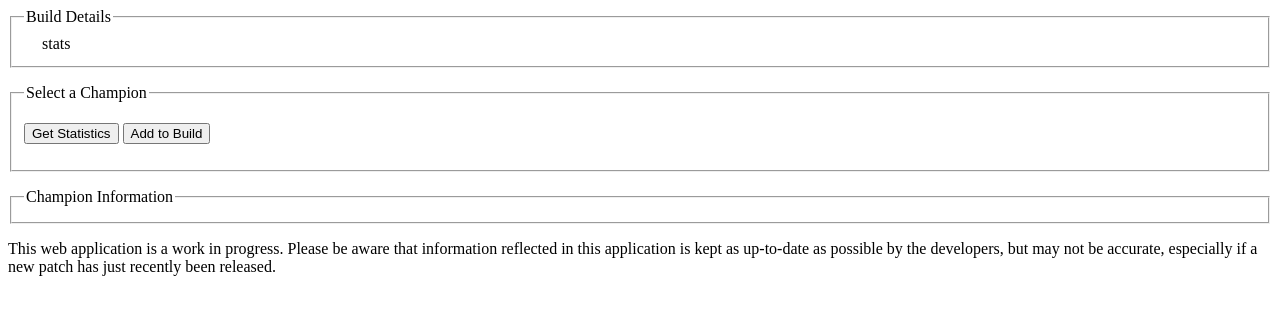
Repository: spencer-carver/lol-db
Page: LOLdb/war/index.html
An editor plug-in stored every save of this project. The page is shown before and after the next save, followed by the edit.
The browser window is 1280 px wide. The pictures show the whole page.
The page's requests for data from a server got no answer. Some web libraries are served in a nearby version.

Above is the page before, as saved 2013-02-04 18:04:48.

After the next save:
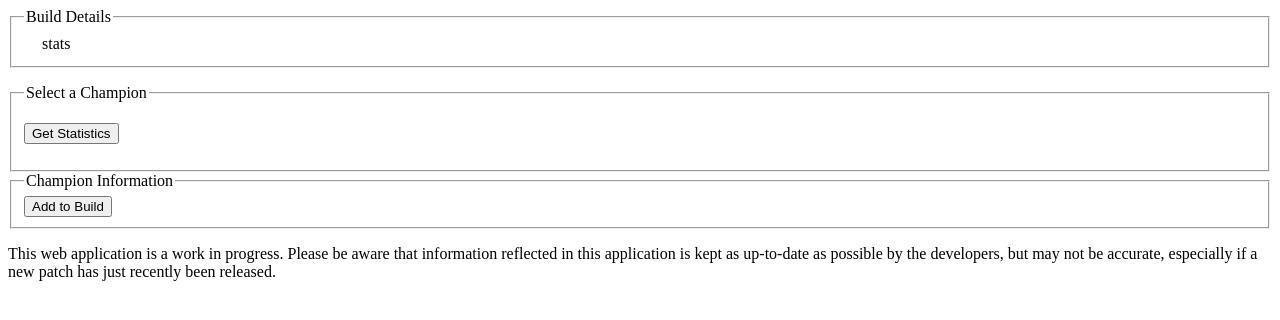
Saved 105 s later.
--- a/LOLdb/war/index.html
+++ b/LOLdb/war/index.html
@@ -34,38 +34,38 @@
 			<div id="championDropdown"></div>
 			</p>
 			<p>
-				<input id="myButton" type="button" value="Get Statistics" /> <input
-					id="addToBuild" type="button" value="Add to Build" />
+				<input id="myButton" type="button" value="Get Statistics" />
 			</p>
 		</fieldset>
+		<div id="Results">
+			<fieldset>
+				<legend>Champion Information</legend>
+				<div id="info_pane">
+					<div id="info_icon"></div>
+					<div id="info_name"></div>
+					<div id="info_hp"></div>
+					<div id="info_hp_lv"></div>
+					<div id="info_hp5"></div>
+					<div id="info_hp5_lv"></div>
+					<div id="info_mana"></div>
+					<div id="info_mana_lv"></div>
+					<div id="info_mana5"></div>
+					<div id="info_mana5_lv"></div>
+					<div id="info_damage"></div>
+					<div id="info_damage_lv"></div>
+					<div id="info_attackspeed"></div>
+					<div id="info_attackspeed_lv"></div>
+					<div id="info_armor"></div>
+					<div id="info_armor_lv"></div>
+					<div id="info_mr"></div>
+					<div id="info_mr_lv"></div>
+					<div id="info_movespeed"></div>
+					<div id="info_range"></div>
+				</div>
+				<input id="addToBuild" type="button" value="Add to Build" />
+			</fieldset>
+		</div>
 	</form>
-	<div id="Results">
-		<fieldset>
-			<legend>Champion Information</legend>
-			<div id="info_pane">
-				<div id="info_icon"></div>
-				<div id="info_name"></div>
-				<div id="info_hp"></div>
-				<div id="info_hp_lv"></div>
-				<div id="info_hp5"></div>
-				<div id="info_hp5_lv"></div>
-				<div id="info_mana"></div>
-				<div id="info_mana_lv"></div>
-				<div id="info_mana5"></div>
-				<div id="info_mana5_lv"></div>
-				<div id="info_damage"></div>
-				<div id="info_damage_lv"></div>
-				<div id="info_attackspeed"></div>
-				<div id="info_attackspeed_lv"></div>
-				<div id="info_armor"></div>
-				<div id="info_armor_lv"></div>
-				<div id="info_mr"></div>
-				<div id="info_mr_lv"></div>
-				<div id="info_movespeed"></div>
-				<div id="info_range"></div>
-			</div>
-		</fieldset>
-	</div>
 	<footer>
 		<p>This web application is a work in progress. Please be aware
 			that information reflected in this application is kept as up-to-date
